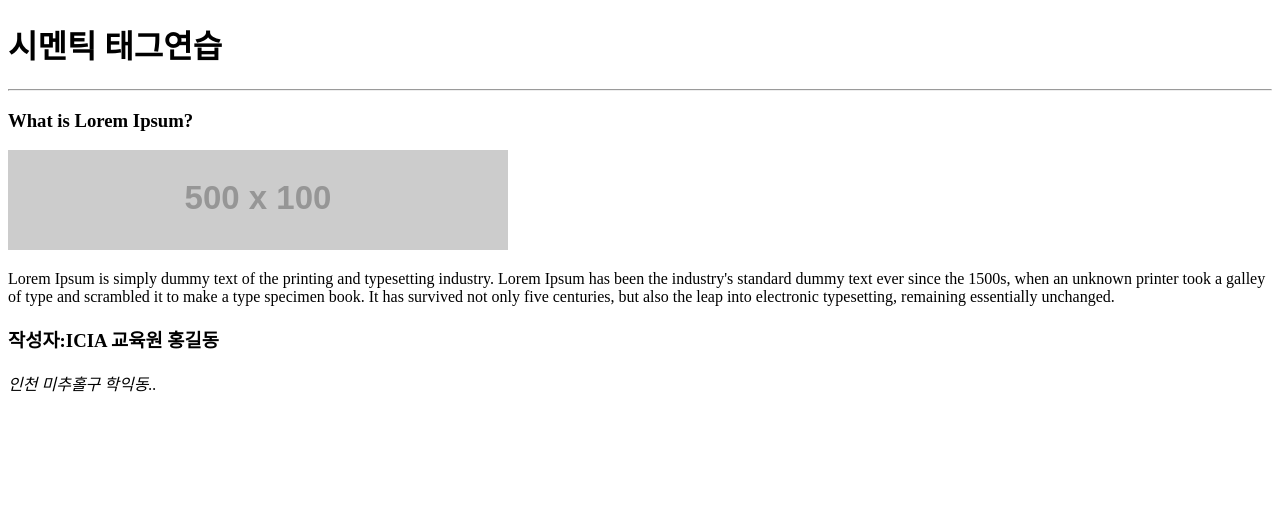
Repository: blinggg/html_git
Page: 0406/ex0406/WebContent/ex06.html
The author's editor kept a copy of each file at every save. The page is drawn from the files as they stood at one save, then again after the next save.
The browser window is 1280 px wide. The pictures show the whole page.

Above is the page before, as saved 2020-04-06 07:10:04.

After the next save:
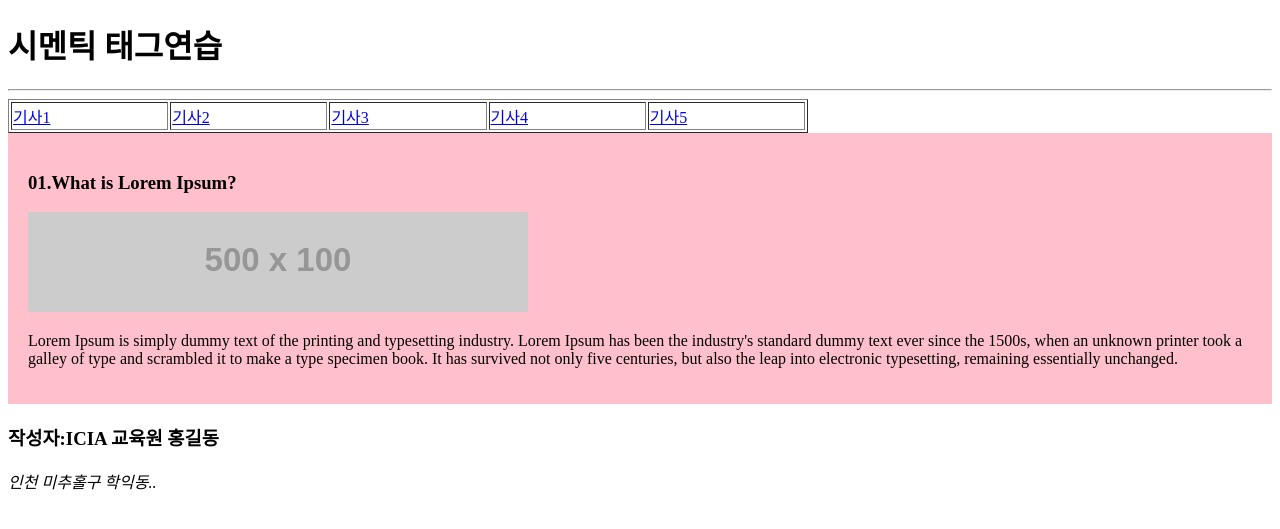
Saved 7 min 54 s later.
--- a/0406/ex0406/WebContent/ex06.html
+++ b/0406/ex0406/WebContent/ex06.html
@@ -2,6 +2,11 @@
 <html>
 <head>
 <meta charset="UTF-8">
+<style>
+	article {background:yellow;padding:20px;}
+	#a1, #a3, #a5{background:pink;}
+
+</style>
 <title>시멘틱 태그 연습</title>
 </head>
 <body>
@@ -11,18 +16,31 @@
 	</header>
 
 	<nav>
+		<table width=800 border=1>
+			<tr>
+				<td><a href="#a1">기사1</a></td>
+				<td><a href="#a2">기사2</a></td>
+				<td><a href="#a3">기사3</a></td>
+				<td><a href="#a4">기사4</a></td>
+				<td><a href="#a5">기사5</a></td>
+			</tr>
+		</table>
 	</nav>
 
 
 	<section>
 		<article id="a1">
-		<h3>What is Lorem Ipsum?</h3>
+		<h3>01.What is Lorem Ipsum?</h3>
 		<img src="http://placehold.it/500x100">
 		<p>
 		Lorem Ipsum is simply dummy text of the printing and typesetting industry. Lorem Ipsum has been the industry's standard dummy text ever since the 1500s, when an unknown printer took a galley of type and scrambled it to make a type specimen book. It has survived not only five centuries, but also the leap into electronic typesetting, remaining essentially unchanged.
 		</p>
 		</article>
 	</section>
+
+
+
+
 
 	<footer>
 		<h3> 작성자:ICIA 교육원 홍길동</h3>
